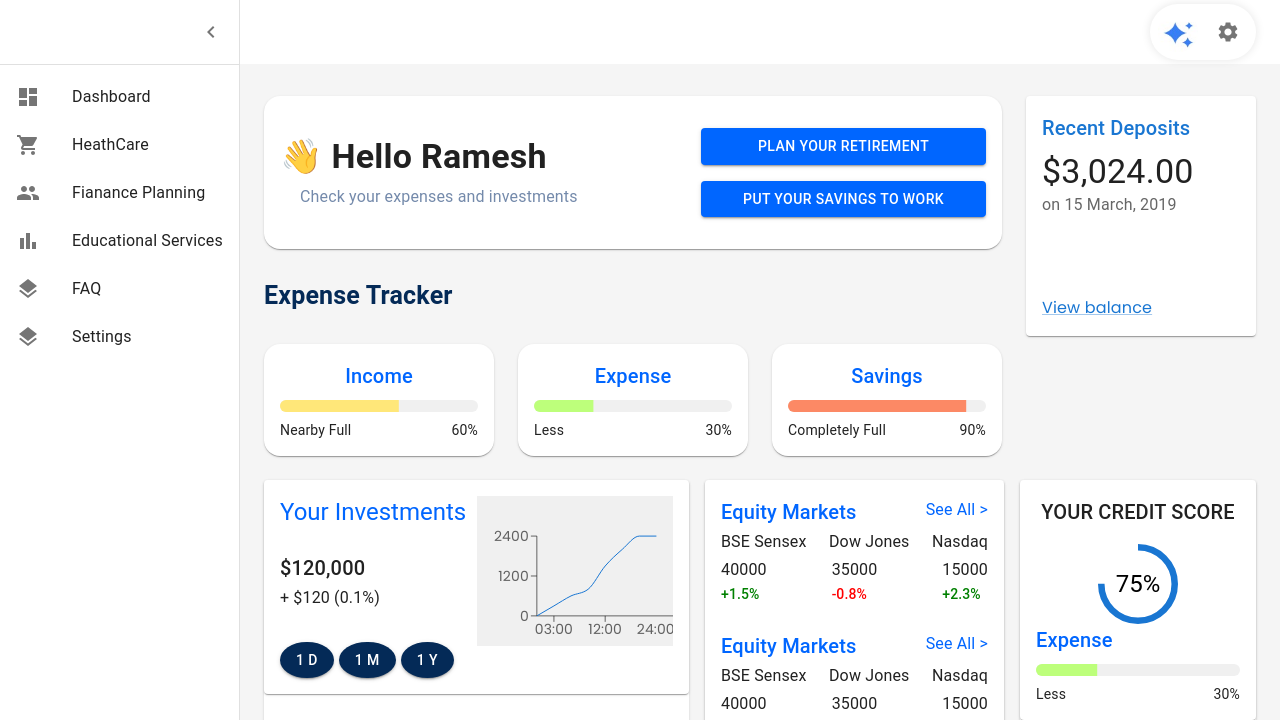
Repository: shubhampirate/TIAA_Retirement_hackathon
Page: /
An editor plug-in stored every save of this project. The page is shown before and after the next save, followed by the edit.
The browser window is 1280 px wide. The pictures show the whole page.
An inner scrolling area shows only its first screen. The project was rebuilt for these pictures with package versions that can differ from the ones it lists, and the page was loaded fresh each time. Also part of the build but not shown: src/Components/CustomButton.jsx, src/Components/Navbar.jsx, src/Components/Properties.jsx, src/Components/Footer.jsx, src/Components/Hero.jsx, src/pages/Sign_In.jsx.

Above is the page before, as saved 2023-11-15 13:16:38.

After the next save:
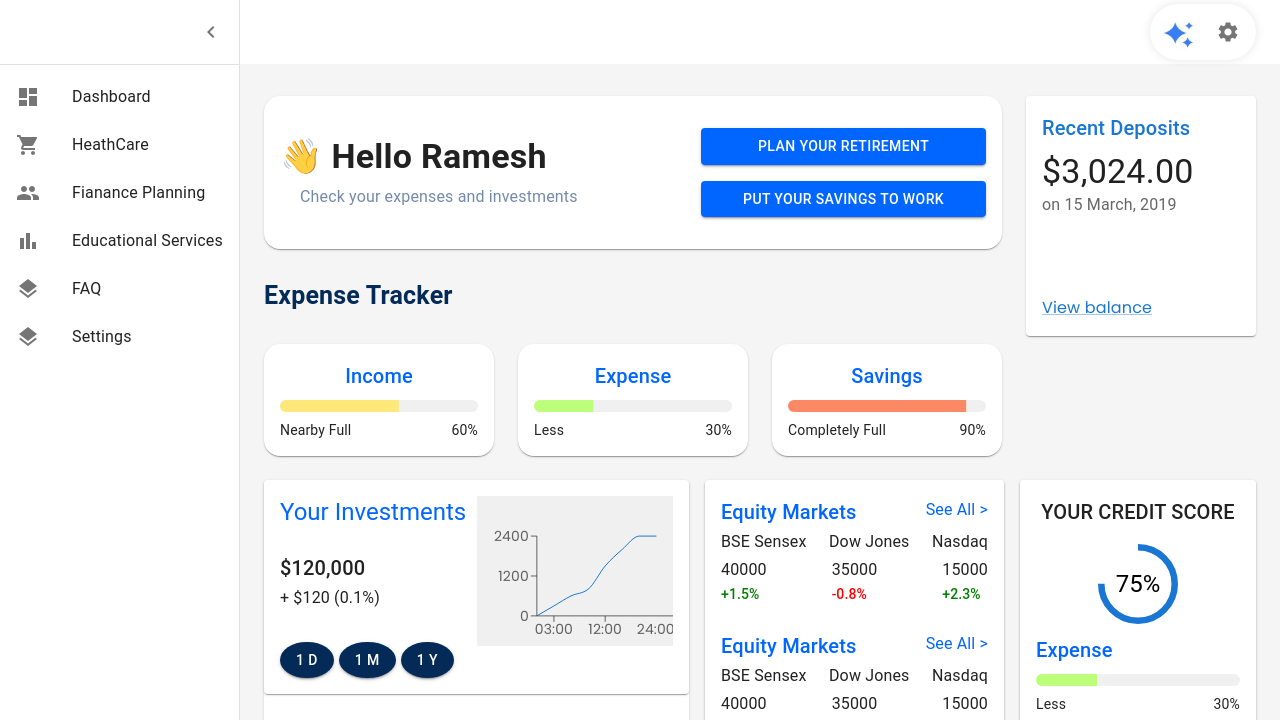
Saved 55 s later.
--- a/src/Components/YourComponent.jsx
+++ b/src/Components/YourComponent.jsx
@@ -183,7 +183,7 @@ const ProgressBarBox = ({ title, value }) => {
       <Typography variant="h6" sx={{mb:{xs:0, md:2}}}>YOUR CREDIT SCORE</Typography>
       {/* <br /> */}
       {/* Circular Progress Bar */}
-      <div style={{ position: 'relative', width: '80px', height: '80px' }}>
+      <div style={{ position: 'relative', width: '80px', height: '80px', marginBottom:"10px" }}>
         <CircularProgress variant="determinate" value={75} size={80} />
         {/* Display the percentage in the center of the circular progress bar */}
         <Typography
